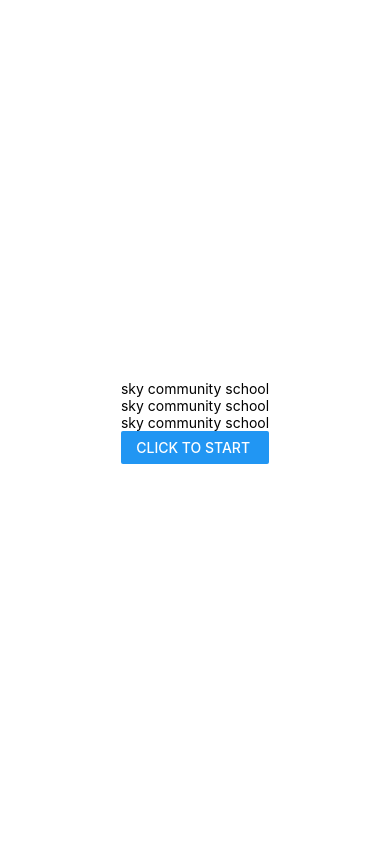
Repository: 2000-Nanayaw/MobileApp
Screen: /
These files come from the project's save history. The screen is drawn as it stood at one moment and after the next save; the edit follows.
The app was drawn by React Native's web renderer in a window 390 px wide. The project was rebuilt for these pictures with package versions that can differ from the ones it lists, and the page was loaded fresh each time.

Above is the screen before, as saved 2023-08-24 01:45:36.

After the next save:
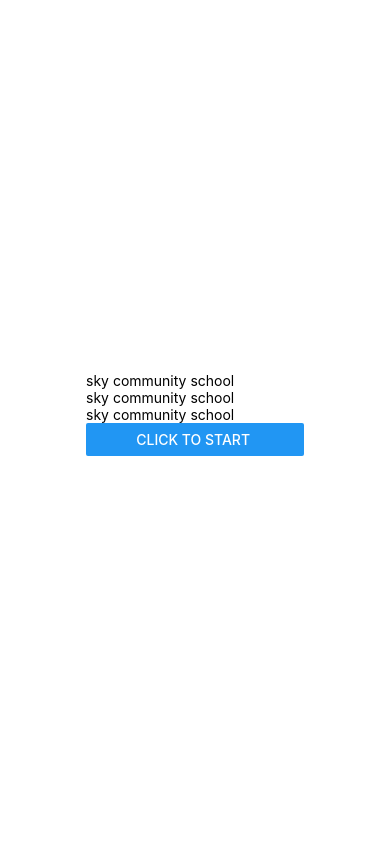
Saved 2 min 24 s later.
--- a/App.js
+++ b/App.js
@@ -1,5 +1,5 @@
 import { StatusBar } from 'expo-status-bar';
-import { Button, StyleSheet, Text, View } from 'react-native';
+import { Button, StyleSheet, Text, TextInput, View } from 'react-native';
 
  function App() {
   return (
@@ -9,6 +9,7 @@ import { Button, StyleSheet, Text, View } from 'react-native';
       <Text>sky community school</Text>
       <Text>sky community school</Text>
       <Button title='click to start '/>
+      <TextInput />
       </View>
       <StatusBar style="auto" />
     </View>
